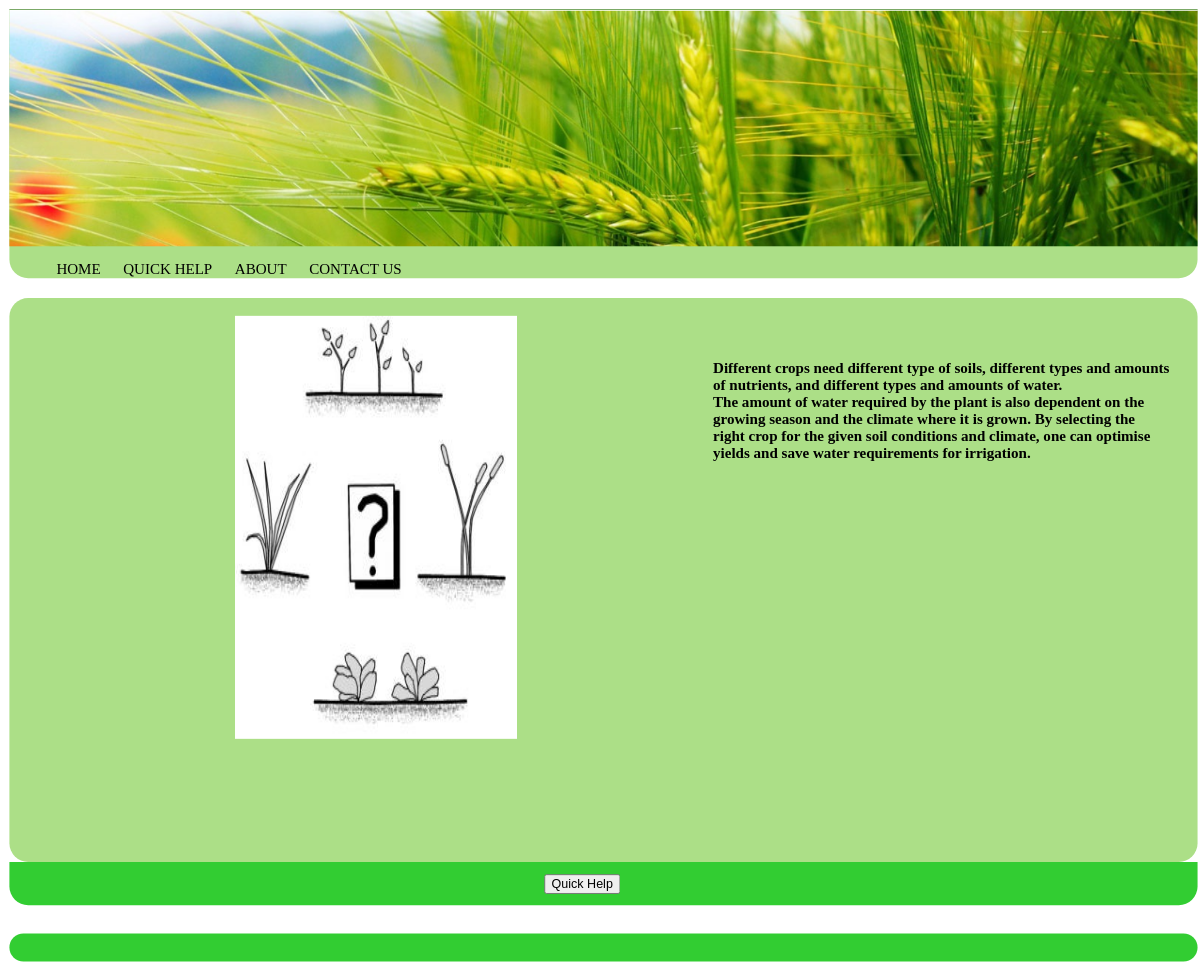
Repository: shivamtyagi1234/FarmoFriend
Page: http://localhost/FarmoFriend/
An editor plug-in stored every save of this project. The page is shown before and after the next save, followed by the edit.
The browser window is 1280 px wide. The pictures show the whole page, at 94% of full size.
The page is served by Tomcat 9.

Above is the page before, as saved 2019-11-03 07:15:23.

After the next save:
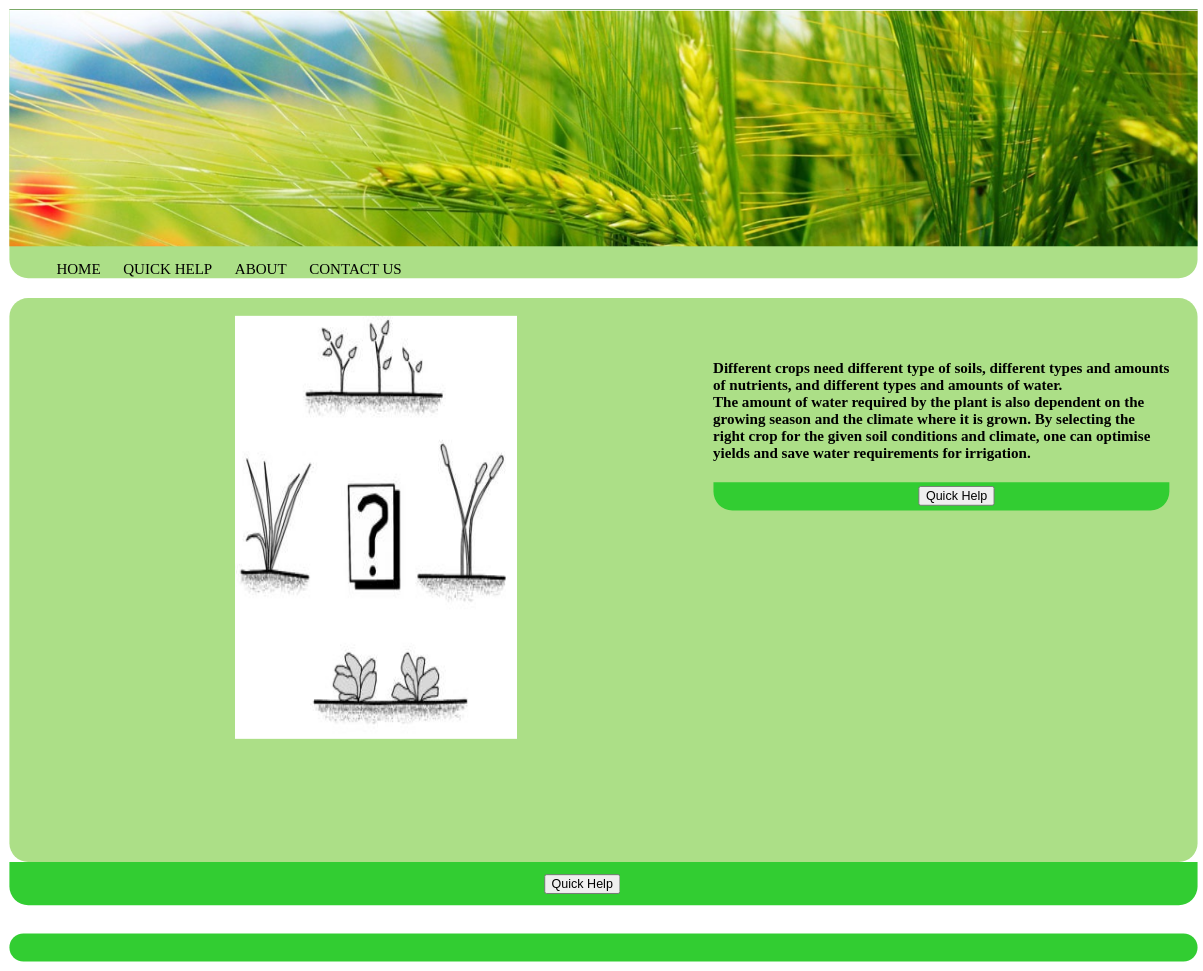
Saved 27 s later.
--- a/FarmoFriend/WebContent/home.jsp
+++ b/FarmoFriend/WebContent/home.jsp
@@ -83,6 +83,9 @@ height:30px;
 	<br>growing season and the climate where it is grown. By selecting the
 	<br>right crop for the given soil conditions and climate, one can optimise
 	<br> yields and save water requirements for irrigation.<br></h4></p>
+	<div id="vote">
+<a href="voterLogin.jsp"><button>Quick Help</button></a>
+</div>
 	</div>
 
 
